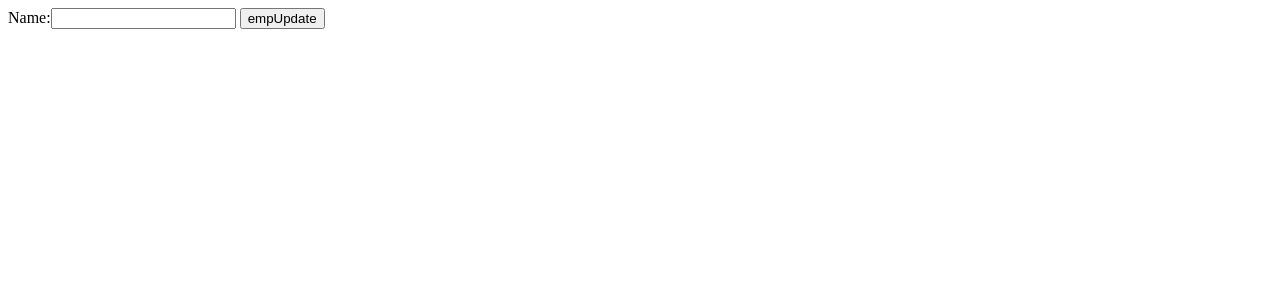
Repository: AkshayDarekar29/Spring_Practice
Page: http://localhost/ControllerIMPL_MultiActionController/empUpdateHome.jsp
These files come from the project's save history. The page is drawn as it stood at one moment and after the next save; the edit follows.
The browser window is 1280 px wide. The pictures show the whole page.
The page is served by Tomcat 9. Other server files are loaded and not shown.

Above is the page before, as saved 2019-05-12 17:03:56.

### ControllerIMPL_MultiActionController/WebContent/empUpdateHome.jsp
<%@ page language="java" contentType="text/html; charset=ISO-8859-1"
    pageEncoding="ISO-8859-1"%>
<!DOCTYPE html PUBLIC "-//W3C//DTD HTML 4.01 Transitional//EN" "http://www.w3.org/TR/html4/loose.dtd">
<html>
<head>
<meta http-equiv="Content-Type" content="text/html; charset=ISO-8859-1">
<title>Welcome Page</title>
</head>
<body>
	<form action="./empUpdate.ds">
		Name:<input type="text" name="name"/>
		<input type="submit" value="empUpdate" />
	</form>
</body>
</html>

After the next save:
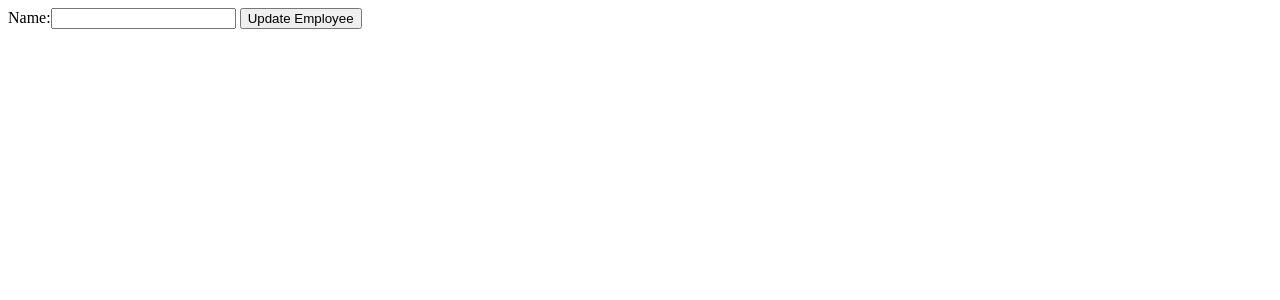
Saved 11 s later.
--- a/ControllerIMPL_MultiActionController/WebContent/empUpdateHome.jsp
+++ b/ControllerIMPL_MultiActionController/WebContent/empUpdateHome.jsp
@@ -9,7 +9,7 @@
 <body>
 	<form action="./empUpdate.ds">
 		Name:<input type="text" name="name"/>
-		<input type="submit" value="empUpdate" />
+		<input type="submit" value="Update Employee" />
 	</form>
 </body>
 </html>
